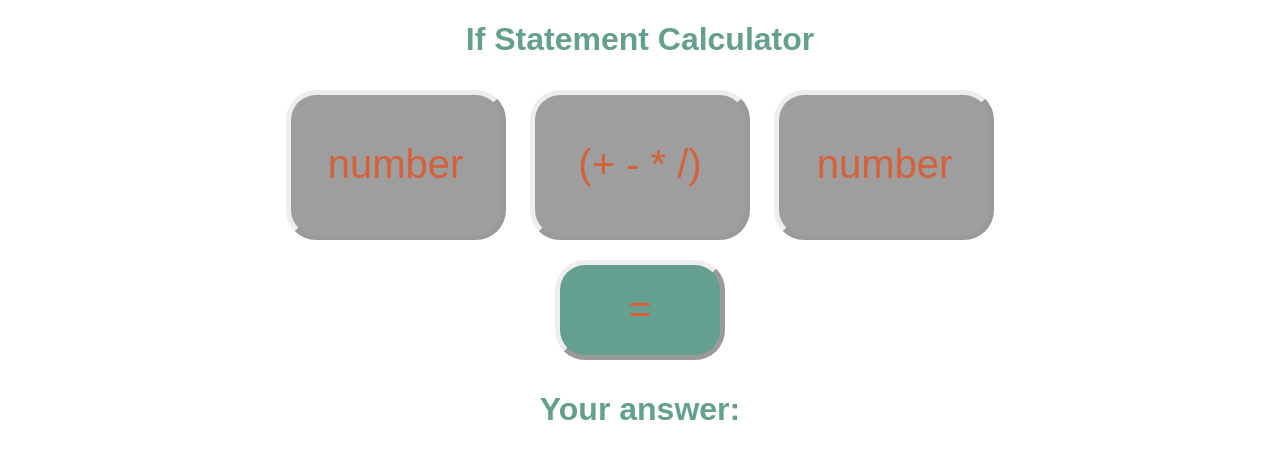
Repository: WesleyErasmus/threeInputCalculator
Page: html/if-calculator.html
An editor plug-in stored every save of this project. The page is shown before and after the next save, followed by the edit.
The browser window is 1280 px wide. The pictures show the whole page.

Above is the page before, as saved 2022-04-27 22:40:11.

After the next save:
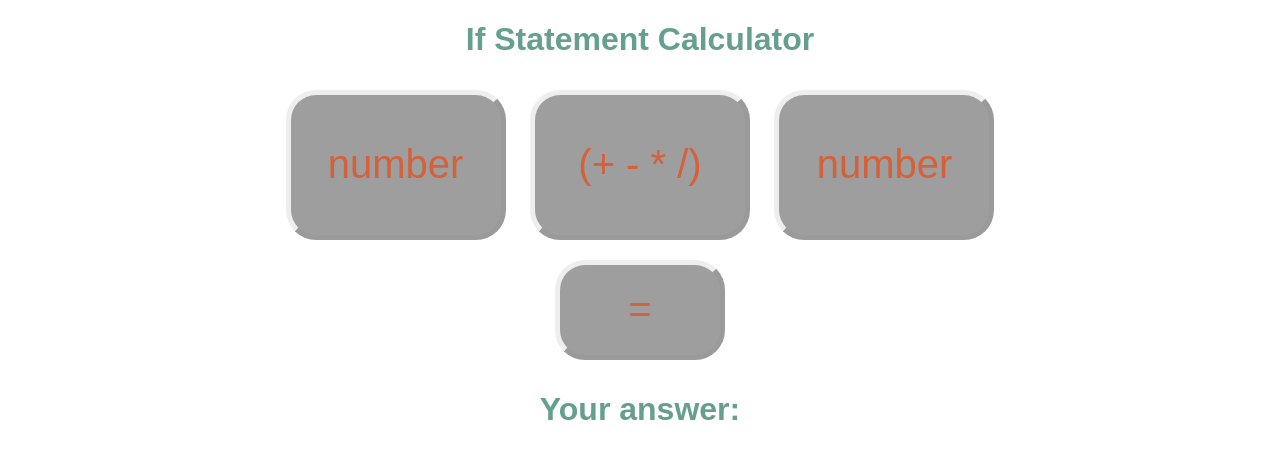
Saved 14 s later.
--- a/css/stylesheet.css
+++ b/css/stylesheet.css
@@ -20,7 +20,7 @@ input {
     border: 5px outset;
 }
 button {
-    background-color: #659f8f;
+    background-color: #9e9e9e;
     /* color: #9e9e9e; */
     color: #d5613a;
     width: 170px;
